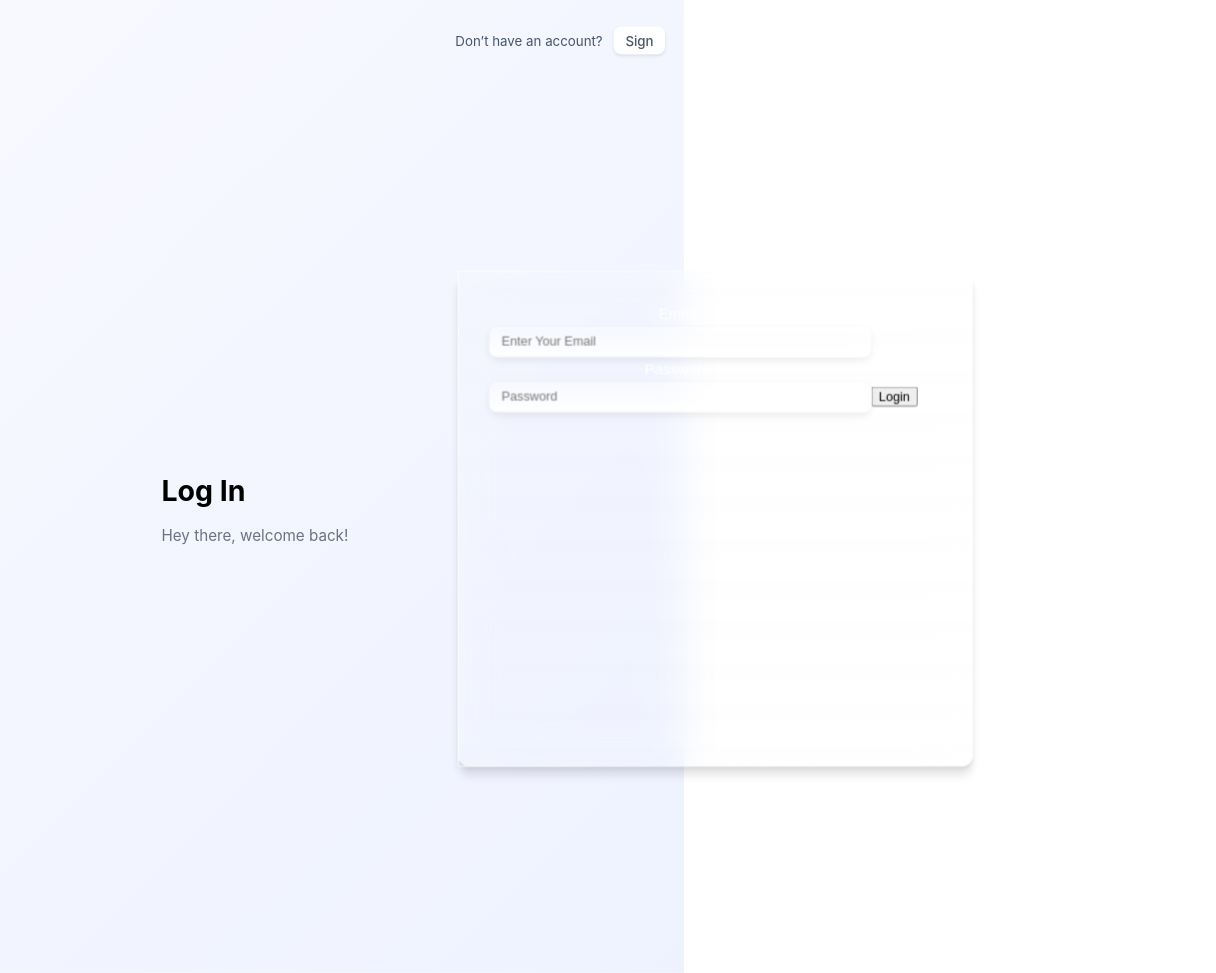
Repository: AfifaNoor/Admin_Panel-React-
Page: /
The author's editor kept a copy of each file at every save. The page is drawn from the files as they stood at one save, then again after the next save.
The browser window is 1280 px wide. The pictures show the whole page, at 95% of full size.
The project was rebuilt for these pictures with package versions that can differ from the ones it lists, and the page was loaded fresh each time. Also part of the build but not shown: src/SignUp.jsx.

Above is the page before, as saved 2025-07-10 16:13:33.

### src/App.js
import React from 'react'
import LoginPage from './LoginPage'
import { RouterProvider } from 'react-router-dom'
import Router from './Router'

const App = () => {
  return (
    <>
      {/* <RouterProvider router={Router}/> */}
      <LoginPage/>
    </>


  )
}

export default App

### src/LoginPage.jsx
import React, { useState } from 'react'
// import {Navigate, useNavigate} from 'react-router-dom';
import "./LoginPage.css"
import { ToastContainer, toast } from 'react-toastify';
import 'react-toastify/dist/ReactToastify.css';

const LoginPage = () => {
    const[email , setEmail]=useState('')
    const [password , setPassword] = useState('')
    // const navigate= useNavigate();

const handleSubmit =(e)=>{
    e.preventDefault();

 const hardcoreMail="login@gmail.com";
 const hardcorePassword = '1234567'

    if (email=== hardcoreMail && password === hardcorePassword){
        alert("Login Successfull")

    }else{
        alert("Invalid Credential")
    }

}



  return (
 <div className="login-container">

      <div className="signup-redirect">
        <p>
          Don’t have an account?{' '}
          {/* <span className="signup-link" onClick={() => navigate('/sign-up')}> */}
            {/* Sign Up */}
          {/* </span> */}
          <span className="signup-link" >
            Sign
          </span>
        </p>
      </div>

      <div className="title">
        <h1>Log In</h1>
        <p>Hey there, welcome back!</p>
      </div>

    <div>



    </div>

      <form className="login-form" onSubmit={handleSubmit}>
      <label className='form-label'>Email</label>
        <input
          type="email"
          className="form-input"
          value={email}
          placeholder="Enter Your Email"
          onChange={(e) => setEmail(e.target.value)}
          required
        />

        <label className='form-label'>Password</label>
        <input
          type="password"
          className="form-input"
          placeholder="Password"
          value={password}
          onChange={(e) => setPassword(e.target.value)}
          required
        />

        <button className="login-btn" type="submit">
          Login
        </button>

        {/* <ToastContainer /> */}
      </form>
    </div>
  );
}

export default LoginPage

### src/Router.jsx
import React from 'react';
import { createBrowserRouter , createRoutesFromElements , Route } from 'react-router-dom';
import LoginPage from './LoginPage';
import SignUp from './SignUp';

const Router = createBrowserRouter(
  createRoutesFromElements(
    <>

      <Route path='/sign-up' element={<SignUp/>}/>
      <Route path='login-page' element={<LoginPage/>}/>
    </>
  )
)

export default Router;

### src/LoginPage.css
.login-container {
  width: 100vh;
  height: 1024px;
  /* background: #FFFFFF; */
  opacity: 1;
  transform: rotate(0deg);
  display: flex;
  justify-content: center;
  align-items: center;
  background: linear-gradient(135deg, #f8f9ff, #eef2ff);
  flex-direction: column;
  /* font-family: 'Inter','sans-serif'; */
  position: relative;


}
.signup-redirect {
  position: absolute;
  top: 20px;
  right: 20px;
  font-size: 14px;
  color: #475569;
}

.signup-link {
  background: #ffffff;
  border-radius: 8px;
  padding: 6px 12px;
  margin-left: 8px;
  box-shadow: 0 2px 4px rgba(0,0,0,0.1);
  cursor: pointer;
  font-weight: 500;
  transition: all 0.3s ease;
}

.signup-link:hover {
  background: #f0f0f0;
}



.title{
  z-index: 3;
  width: 380px;
  height: 72px;
  opacity: 1;
  gap: 10px;

}

.title h1 {
width: 380px;
height: 40px;
font-family: 'Inter', sans-serif;
font-weight: 600px;
font-size: 30px;
line-height: 40px;
letter-spacing: -1%;
margin-bottom: 8px;
}

.title p{
  font-size: 16px;
  font-style: Inter;
  font-weight: 400px;
  font-style:normal;
  line-height: 22px;
  letter-spacing: -1%;
  color: rgba(107, 114, 128, 1);
  margin-bottom: 24px;

}

.login-form{
  width: 476px;
  height: 456px;
  position: absolute;
  top: 284.5px;
  left: 482px;
  border-radius: 12px;
  padding: 32px;
  gap: 10px;
  opacity: 1;
  flex-direction: column;

  z-index: 2;

  background: linear-gradient(180deg, rgba(255, 255, 255, 0) -9.58%, rgba(255, 255, 255, 0.052) 100%);
  border: 1px solid transparent;
  border-image-source: linear-gradient(93.78deg, #FFFFFF 8.04%, rgba(255, 255, 255, 0) 100%);
  border-image-slice: 1;


-webkit-backdrop-filter: blur(20px);
backdrop-filter: blur(20px);

box-shadow:
  0px 10px 10px 0px rgba(0, 0, 0, 0.10),
  0px 4px 4px 0px rgba(0, 0, 0, 0.05),
  0px 1px 0px 0px rgba(0, 0, 0, 0.05),
  inset 0px 20px 50px 0px rgba(255, 255, 255, 0.15);

}

.form-label{
width: 380px;
height: 22px;
transform: rotate(0deg);
opacity: 1;
gap: 12px;

font-family: 'Intern',sans-serif;
font-weight: 500px;
font-size: 16px;
line-height: 22px;
letter-spacing: -0.01em;

color:#FFFFFF;


border: none;
border-radius: 6px;
padding: 2px 8px;
cursor: pointer;
display: inline-flex;
align-items: center;
justify-content: center;

}

.form-input{

 width: 380px;
  height: 20px;
  min-width: 140px;
  max-width: 500px;
  transform: rotate(0deg);
  opacity: 1;
  border-radius: 8px;
  border-width: 1px;
  padding: 5px 8px 5px 12px;
  gap: 8px;

  background: linear-gradient(0deg, rgba(255, 255, 255, 0.9) 0%, rgba(255, 255, 255, 0.4) 100%);
  border: 1px solid transparent; /* fallback for border-image */

  border-image:
    linear-gradient(0deg, rgba(255, 255, 255, 0.1), rgba(255, 255, 255, 0.1)),
    linear-gradient(360deg, rgba(255, 255, 255, 0.5) 0%, rgba(255, 255, 255, 0) 100%);
  border-image-slice: 1;


  -webkit-backdrop-filter: blur(20px);
  backdrop-filter: blur(20px);
  box-shadow: 0 4px 10px rgba(0,0,0,0.08);
  cursor: pointer;
}

Loaded but not shown: public/index.html (common file); src/index.js (common file); src/index.css (common file); src/reportWebVitals.js (common file)

After the next save:
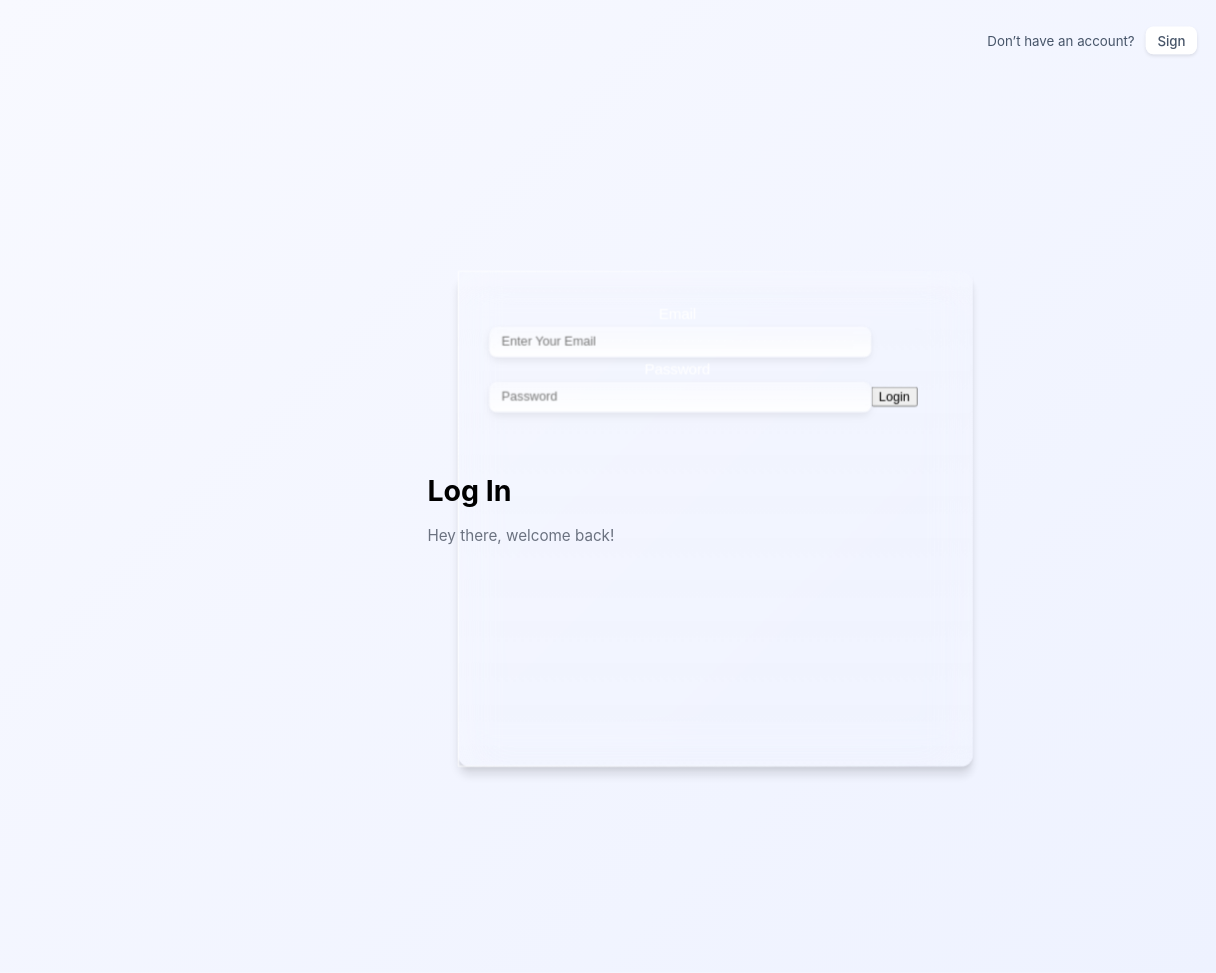
Saved 10 s later.
--- a/src/LoginPage.css
+++ b/src/LoginPage.css
@@ -1,5 +1,5 @@
 .login-container {
-  width: 100vh;
+  width: 100%;
   height: 1024px;
   /* background: #FFFFFF; */
   opacity: 1;
